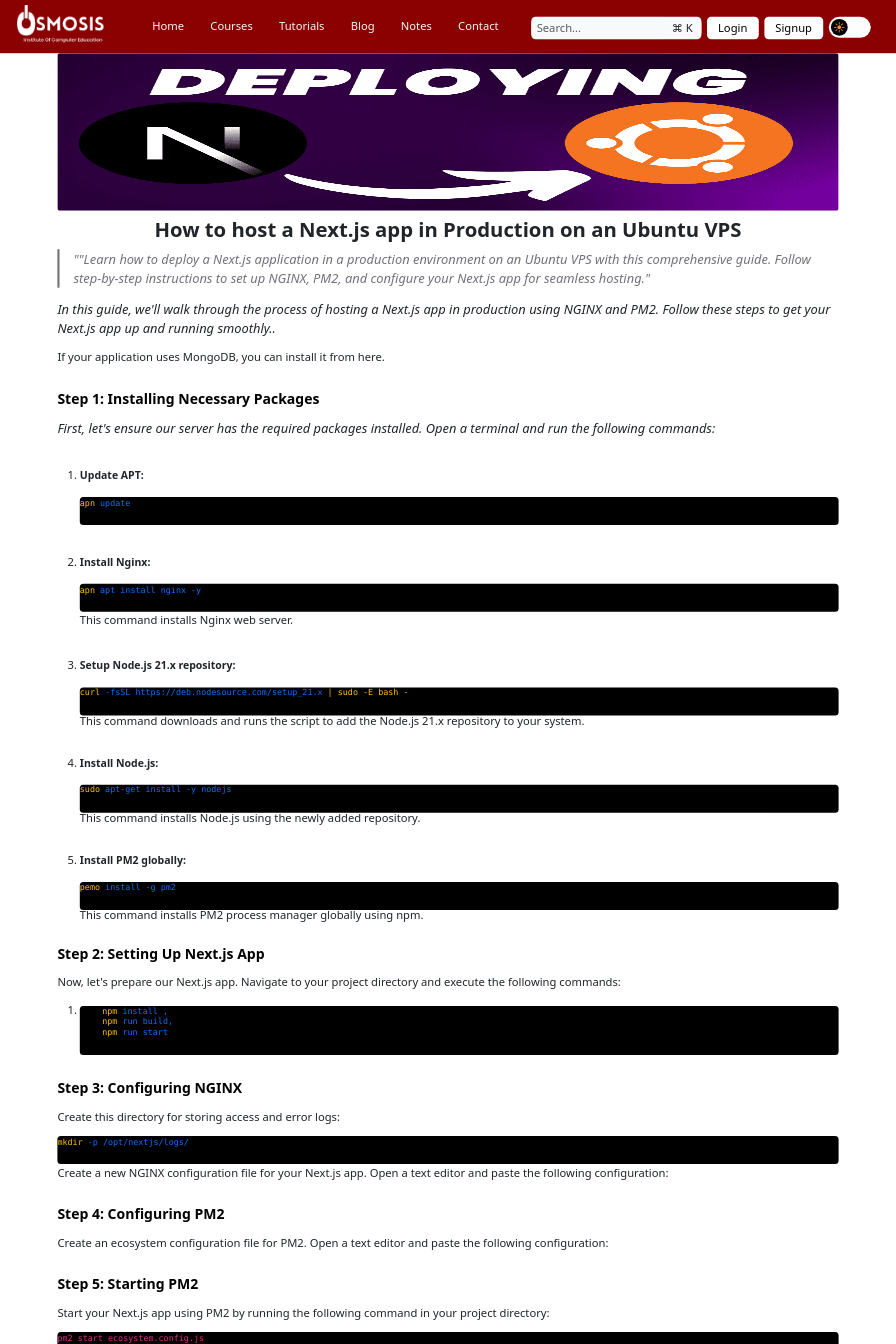
Repository: samriidhpandey/osmosis
Page: /Blog/Deploying
The author's editor kept a copy of each file at every save. The page is drawn from the files as they stood at one save, then again after the next save.
The browser window is 1280 px wide. The pictures show the part of the page from y = 0 to 1920 px (the page is 3671 px tall before and 3719 px after), at 70% of full size.
The project was rebuilt for these pictures with package versions that can differ from the ones it lists, and the page was loaded fresh each time. Also part of the build but not shown: vite.config.js, src/Section2.jsx, src/Section3.jsx, src/Section4.jsx, src/InfiniteReviewScroll.jsx, src/Section5.jsx, src/TypingText.jsx, src/AnimatedName.jsx and 103 more. Imported but missing from the stored project, and not drawn on this page: src/Images/final-app-on-mobile.mp4, src/Images/final-app-on-pc.mp4, src/Images/open-terminals.mp4, src/Images/python-location.mp4.

Above is the page before, as saved 2025-07-21 15:56:21.

After the next save:
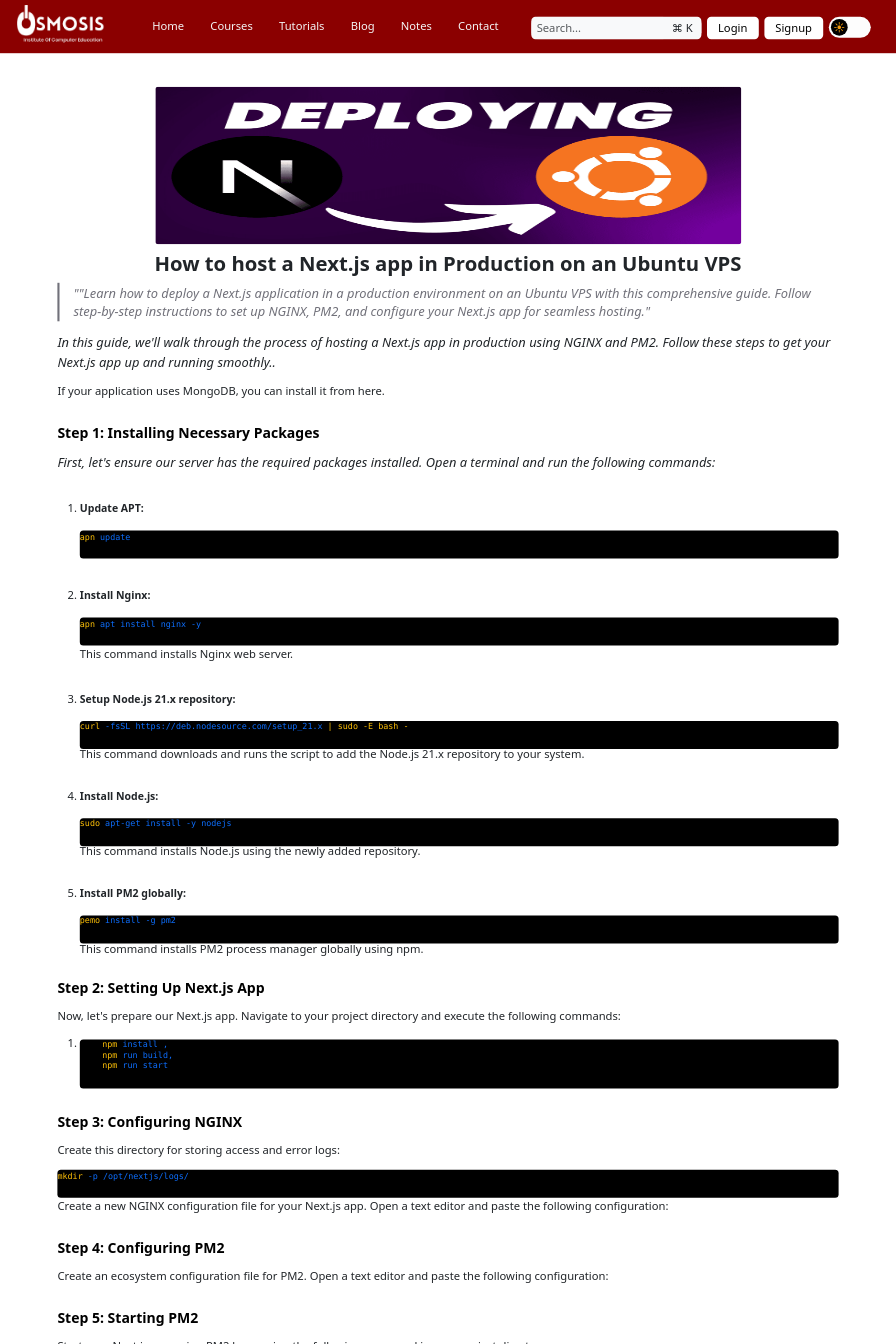
Saved 8 s later.
--- a/src/Component5/Deploying.jsx
+++ b/src/Component5/Deploying.jsx
@@ -11,7 +11,7 @@
             <div className="container" >
                 <div className="">
 
-                    <img src={deploying2} className="blog-page-img" />
+                    <img src={deploying2} className="blog-page-img w-75 m-auto d-flex mt-5" />
                     <h1 className="blog-page-text2">How to host a Next.js app in Production on an Ubuntu VPS</h1>
                     <p className="blog-page-content2 border-zinc-500 ">""Learn how to deploy a Next.js application in a production environment on an Ubuntu VPS with this comprehensive guide. Follow step-by-step instructions to set up NGINX, PM2, and configure your Next.js app for seamless hosting."
                     </p>
